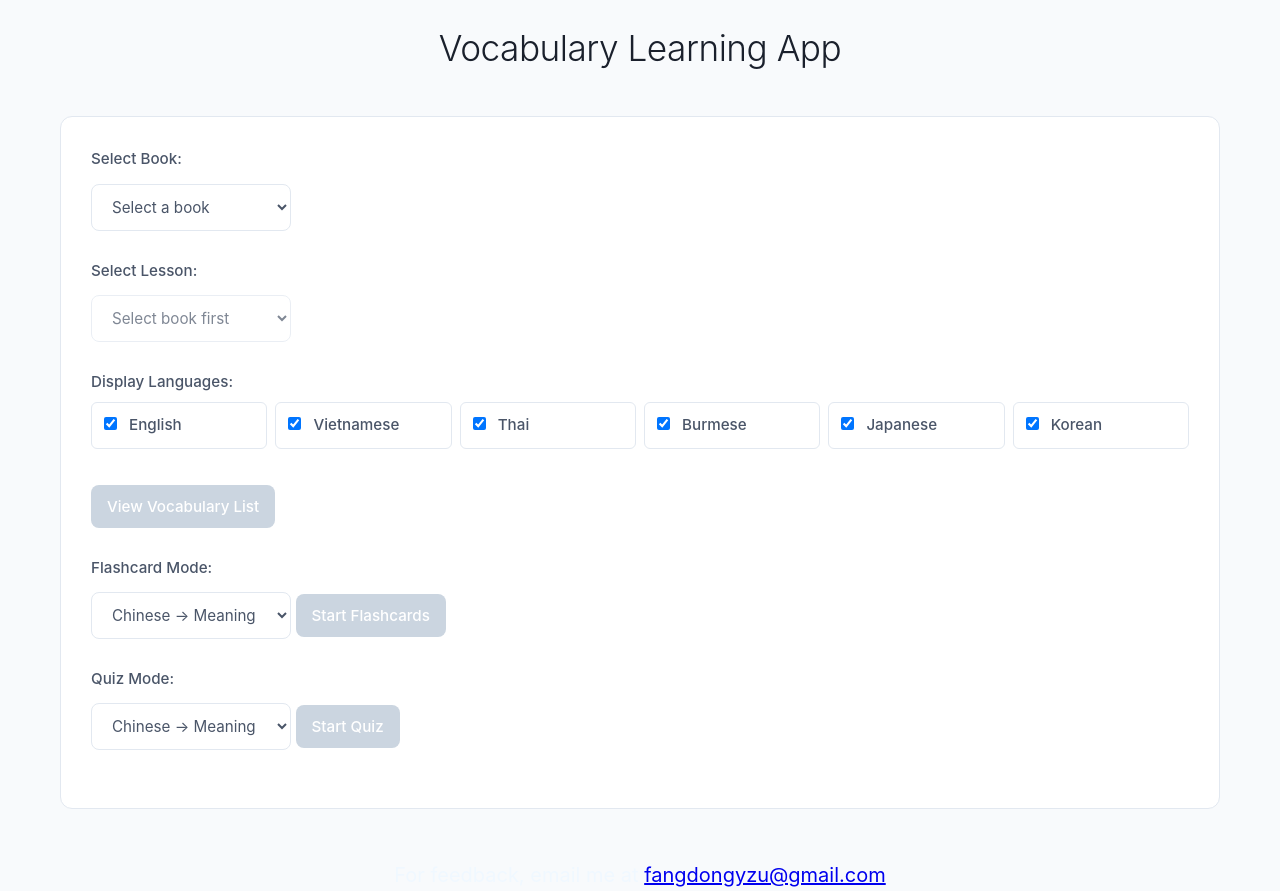
Repository: fangdongyzu/dangdaiflashcards
Page: index.html
These files come from the project's save history. The page is drawn as it stood at one moment and after a run of saves; the edit follows.
The browser window is 1280 px wide. The pictures show the whole page.

Above is the page before, as saved 2025-11-28 09:59:40.

After the next 2 saves:
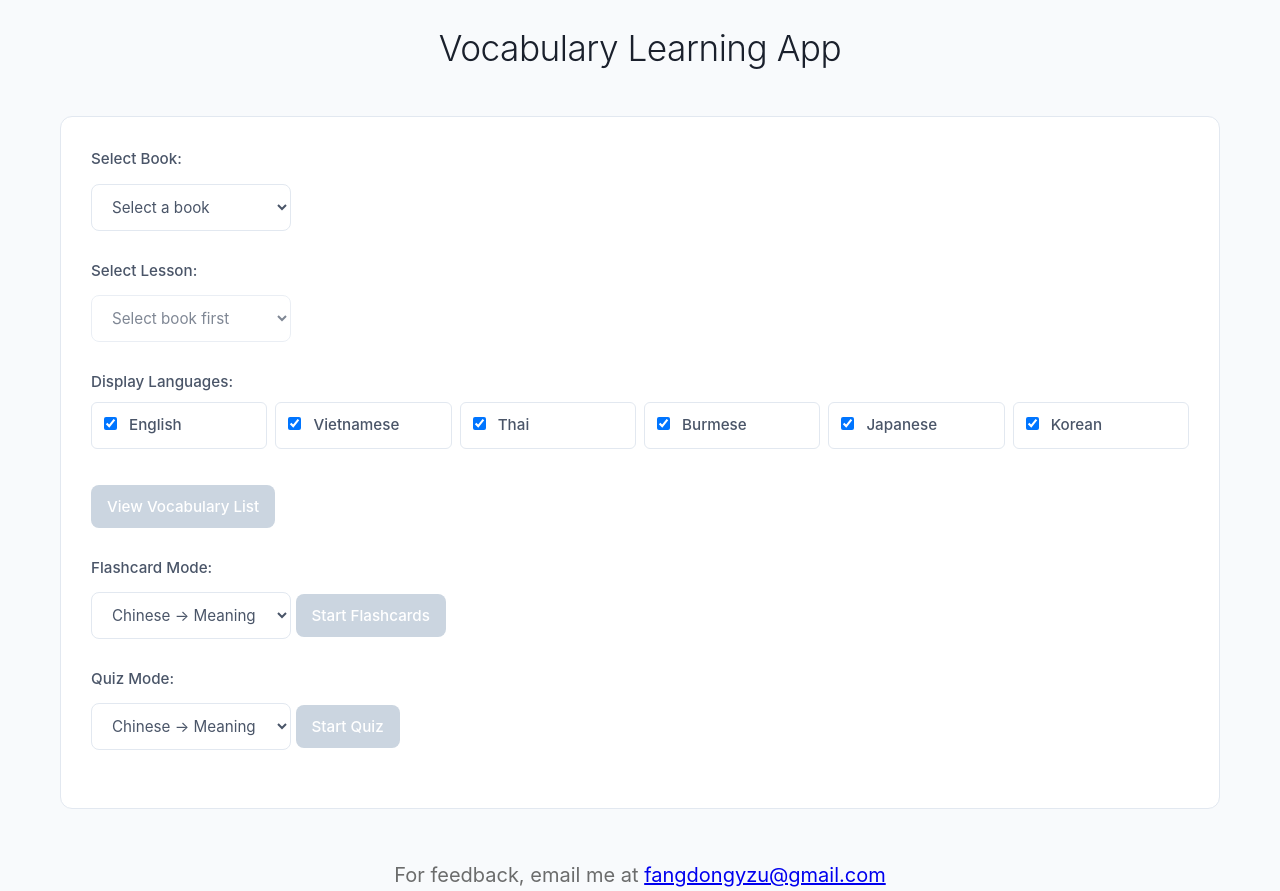
The 2 saves are shown as one change because they came seconds apart.
The last was saved 34 s later.
--- a/index.html
+++ b/index.html
@@ -177,7 +177,7 @@
 
     <script src="script.js"></script>
 </body>
-<footer style="text-align: center; color: aliceblue;font-size: 1.25em;">
+<footer style="text-align: center; color: rgb(107, 108, 108);font-size: 1.25em;">
     For feedback, email me at <a href="mailto:fangdongyzu@gmail.com">fangdongyzu@gmail.com</a>
 </footer>
 </html>
